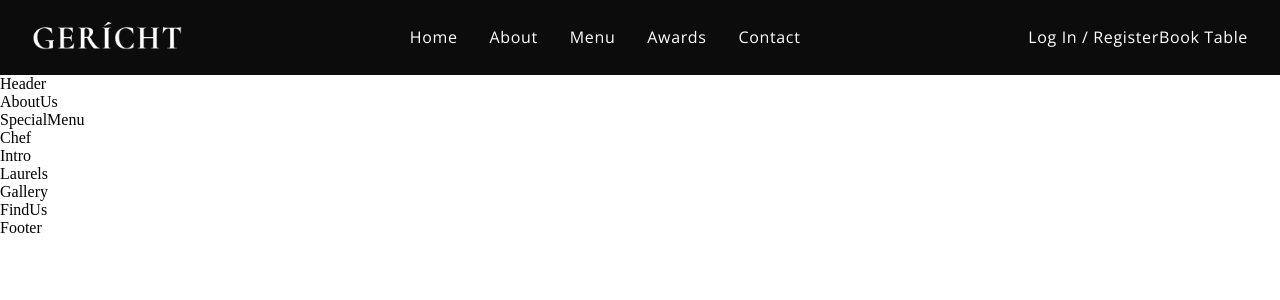
Repository: Isanderr/react-restaurant-page
Page: /
These files come from the project's save history. The page is drawn as it stood at one moment and after the next save; the edit follows.
The browser window is 1280 px wide. The pictures show the whole page.
Some web fonts or font styles are not loaded; a fallback is used. The project was rebuilt for these pictures with package versions that can differ from the ones it lists, and the page was loaded fresh each time. Also part of the build but not shown: src/components/SubHeading/SubHeading.jsx, src/components/Footer/Newsletter.jsx, src/components/Footer/FooterOverlay.jsx, src/components/Menuitem/MenuItem.jsx.

Above is the page before, as saved 2022-05-21 14:21:39.

### public/index.html
<!DOCTYPE html>
<html lang="en">
  <head>
    <meta charset="utf-8" />
    <link rel="icon" href="%PUBLIC_URL%/favicon.ico" />
    <meta name="viewport" content="width=device-width, initial-scale=1" />
    <meta name="theme-color" content="#000000" />
    <meta
      name="description"
      content="Web site created using create-react-app"
    />
    <link rel="apple-touch-icon" href="%PUBLIC_URL%/logo192.png" />
    <link rel="manifest" href="%PUBLIC_URL%/manifest.json" />
    <title>Restaurant Page</title>
  </head>
  <body>
    <noscript>You need to enable JavaScript to run this app.</noscript>
    <div id="root"></div>
  </body>
</html>

### src/index.js
import React from 'react';
import { createRoot } from 'react-dom/client';

import './index.css';
import App from './App';

const container = document.getElementById('root');
const root = createRoot(container);
root.render(<React.StrictMode>
  <App />
</React.StrictMode>);

### src/components/Navbar/Navbar.jsx
import React from 'react';
import {GiHamburgerMenu} from 'react-icons/gi';
import {MdOutlineRestaurantMenu} from 'react-icons/md';
import images from '../../constants/images';


import './Navbar.css';

const Navbar = () => (
  <nav className="app__navbar">
    <div className="app__navbar-logo">
      <img src={ images.gericht} alt="logo"/>
    </div>
    <ul className="app__navbar-links">
      <li className="p__opensans"><a href="#home">Home</a></li>
      <li className="p__opensans"><a href="#about">About</a></li>
      <li className="p__opensans"><a href="#menu">Menu</a></li>
      <li className="p__opensans"><a href="#awards">Awards</a></li>
      <li className="p__opensans"><a href="#contact">Contact</a></li>
    </ul>
    <div className="app__navbar-login">
      <a href="#login" className="p__opensans">Log in / Register</a>
      <div />
      <a href="/" className="p__opensans">Book Table</a>
    </div>
  </nav>
);

export default Navbar;

### src/constants/images.js
import bg from '../assets/bg.png';
import chef from '../assets/chef.png';
import G from '../assets/G.png';
import gallery01 from '../assets/gallery01.png';
import gallery02 from '../assets/gallery02.png';
import gallery03 from '../assets/gallery03.png';
import gallery04 from '../assets/gallery04.png';
import knife from '../assets/knife.png';
import logo from '../assets/logo.png';
import menu from '../assets/menu.png';
import overlaybg from '../assets/overlaybg.png';
import spoon from '../assets/spoon.svg';
import welcome from '../assets/welcome.png';
import findus from '../assets/findus.png';
import laurels from '../assets/laurels.png';
import award01 from '../assets/award01.png';
import award02 from '../assets/award02.png';
import award03 from '../assets/award03.png';
import award05 from '../assets/award05.png';
import sign from '../assets/sign.png';
import quote from '../assets/quote.png';
import gericht from '../assets/gericht.png';

export default {
  bg,
  chef,
  G,
  gallery01,
  gallery02,
  gallery03,
  gallery04,
  knife,
  logo,
  menu,
  overlaybg,
  spoon,
  welcome,
  findus,
  laurels,
  award01,
  award02,
  award03,
  award05,
  sign,
  quote,
  gericht,
};

### src/components/Navbar/Navbar.css
.app__navbar {
    width: 100%;
    display: flex;
    justify-content: space-between;
    align-items: center;
    background: var(--color-black);
    padding: 1rem 2rem;
}

.app__navbar-logo{
    display: flex;
    justify-content: flex-start;
    align-items: center;
}

.app__navbar-logo img {
    width: 150px;
}

.app__navbar-links {
    flex: 1;
    display: flex;
    justify-content: center;
    align-items: center;

    list-style: none;
}
.app__navbar-links li{
    margin: 0 1rem;
    cursor: pointer;
}

.app__navbar-links li:hover{
    color: var(--color-grey)
}

.app__navbar-login{
    display: flex;
    justify-content: flex-end;
    align-items: center;
}

Loaded but not shown: src/index.css (common file); src/App.js (common file); src/container/index.js (common file); src/components/index.js (common file); src/App.css (common file); src/container/AboutUs/AboutUs.jsx (common file); src/container/Chef/Chef.jsx (common file); src/container/Findus/FindUs.jsx (common file); src/container/Footer/Footer.jsx (common file); src/container/Gallery/Gallery.jsx (common file); src/container/Header/Header.jsx (common file); src/container/Intro/Intro.jsx (common file); src/container/Laurels/Laurels.jsx (common file); src/container/Menu/SpecialMenu.jsx (common file); src/components/Footer/FooterOverlay.css (no stored copy; drawn as an empty file); src/components/Footer/Newsletter.css (no stored copy; drawn as an empty file); src/components/Menuitem/MenuItem.css (no stored copy; drawn as an empty file); src/container/AboutUs/AboutUs.css (no stored copy; drawn as an empty file); src/container/Chef/Chef.css (no stored copy; drawn as an empty file); src/container/Footer/Footer.css (no stored copy; drawn as an empty file); src/container/Gallery/Gallery.css (no stored copy; drawn as an empty file); src/container/Header/Header.css (no stored copy; drawn as an empty file); src/container/Intro/Intro.css (no stored copy; drawn as an empty file); src/container/Laurels/Laurels.css (no stored copy; drawn as an empty file); src/container/Menu/SpecialMenu.css (no stored copy; drawn as an empty file)

After the next save:
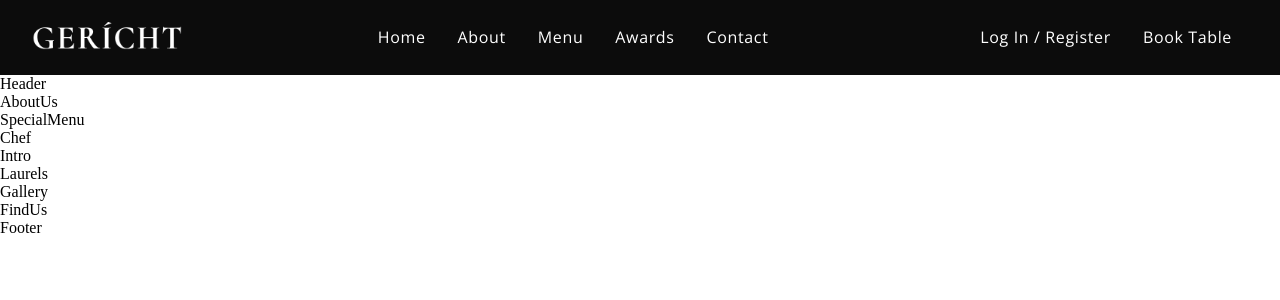
Saved 36 s later.
--- a/src/components/Navbar/Navbar.css
+++ b/src/components/Navbar/Navbar.css
@@ -39,3 +39,7 @@
     justify-content: flex-end;
     align-items: center;
 }
+
+.app__navbar-login a{
+    margin: 0 1rem;
+}
